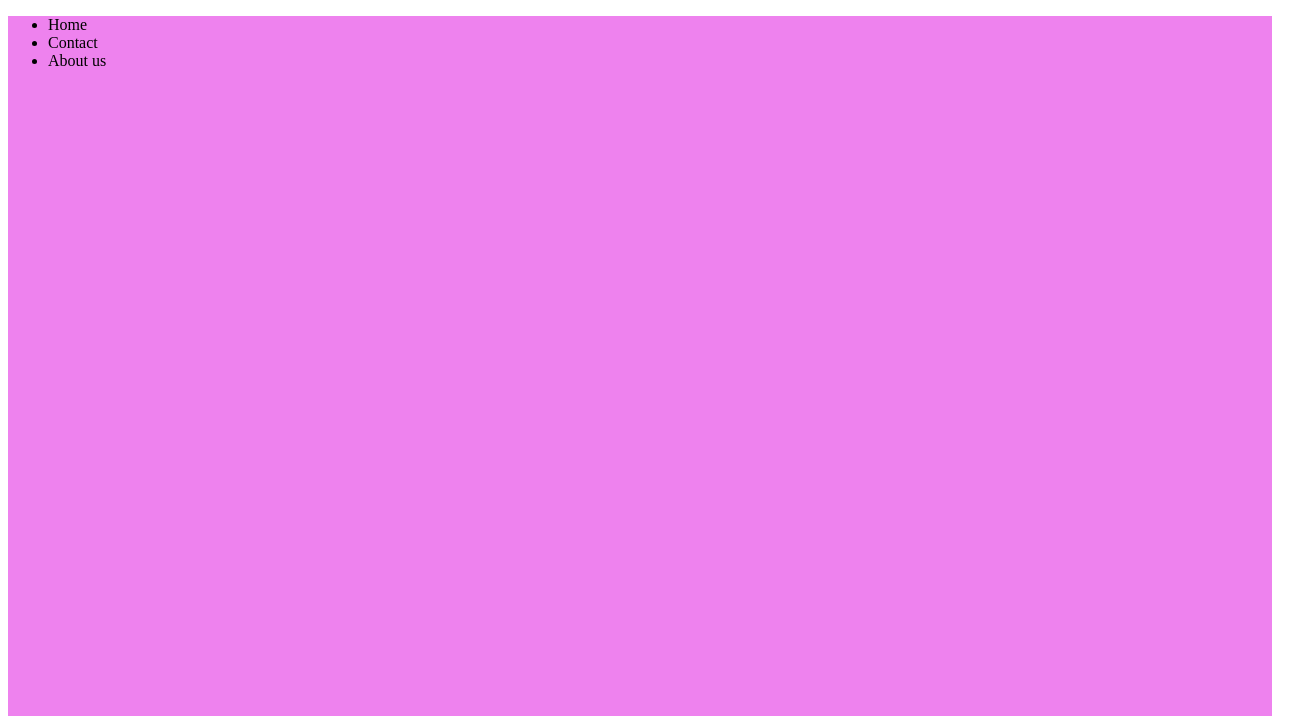
Repository: AytacSafarova/Task-12
Page: index.html
These files come from the project's save history. The page is drawn as it stood at one moment and after a run of saves; the edit follows.
The browser window is 1280 px wide. The page is 1312 px wide, so the pictures cover 1312 px, including what lies to the right of the window. The pictures show the whole page.

Above is the page before, as saved 2023-07-25 14:46:41.

### index.html
<!DOCTYPE html>
<html lang="en">

<head>
    <meta charset="UTF-8">
    <meta name="viewport" content="width=device-width, initial-scale=1.0">
    <title>Document</title>
    <link rel="stylesheet" href="./index.css">
</head>
<body>
    <div class="container">
      <ul>
        <li>Home</li>
        <li>Contact</li>
        <li>About us</li>
      </ul>
    </div>
</body>

</html>

### index.css
.container{
    width: 100%;
    height: 700px;
    background-color: violet;
    position: relative;
}
.child{
    width: 200px;
    height: 200px;
}

.child1{
    background-color: orange;
    position: absolute;
    bottom: 0;
    right: 0;

}
.child2{
    background-color: blue;
    position: absolute;
    bottom: 100px;
    right: 0;
    z-index: 1;
}
.box{
    width: 600px;
    height: 600px;
    background-color: red;
}


ul{
    width: 100%;

}

After the next 3 saves:
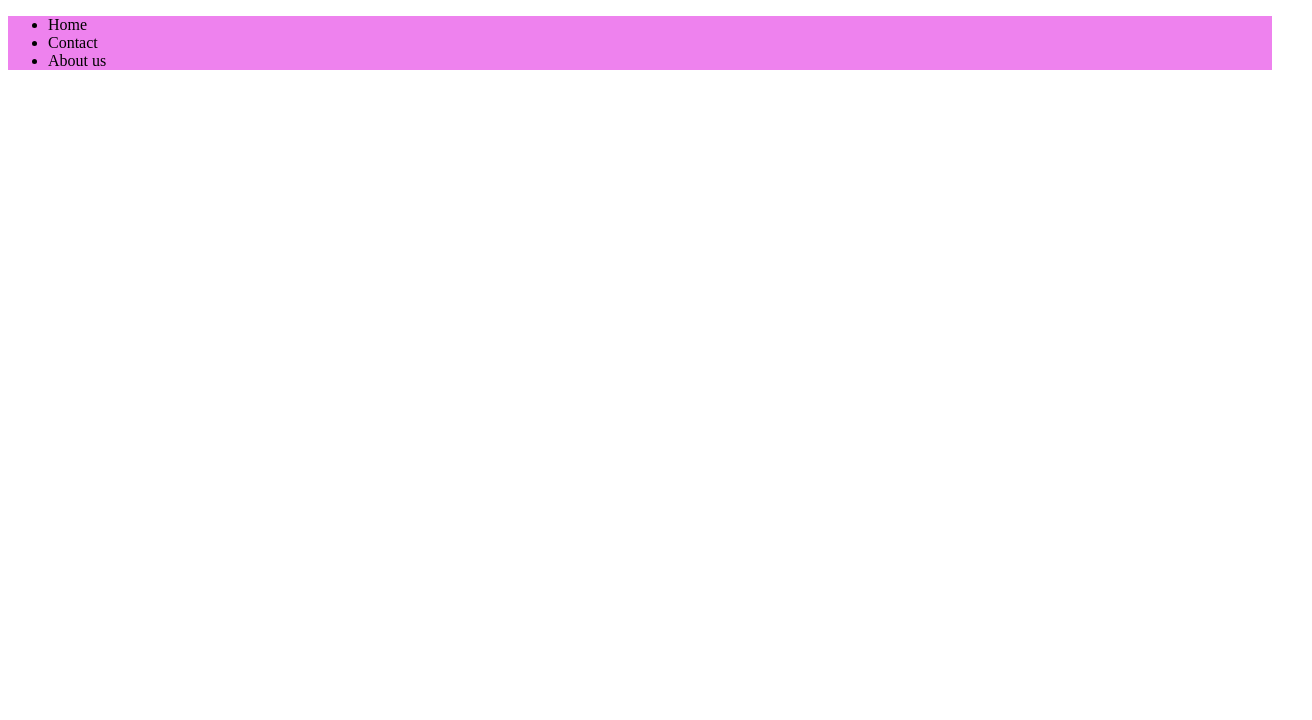
The 3 saves are shown as one change because they came seconds apart.
The last was saved 7 s later.
--- a/index.css
+++ b/index.css
@@ -1,7 +1,6 @@
 .container{
     width: 100%;
-    height: 700px;
-    background-color: violet;
+min-height: ;    background-color: violet;
     position: relative;
 }
 .child{
